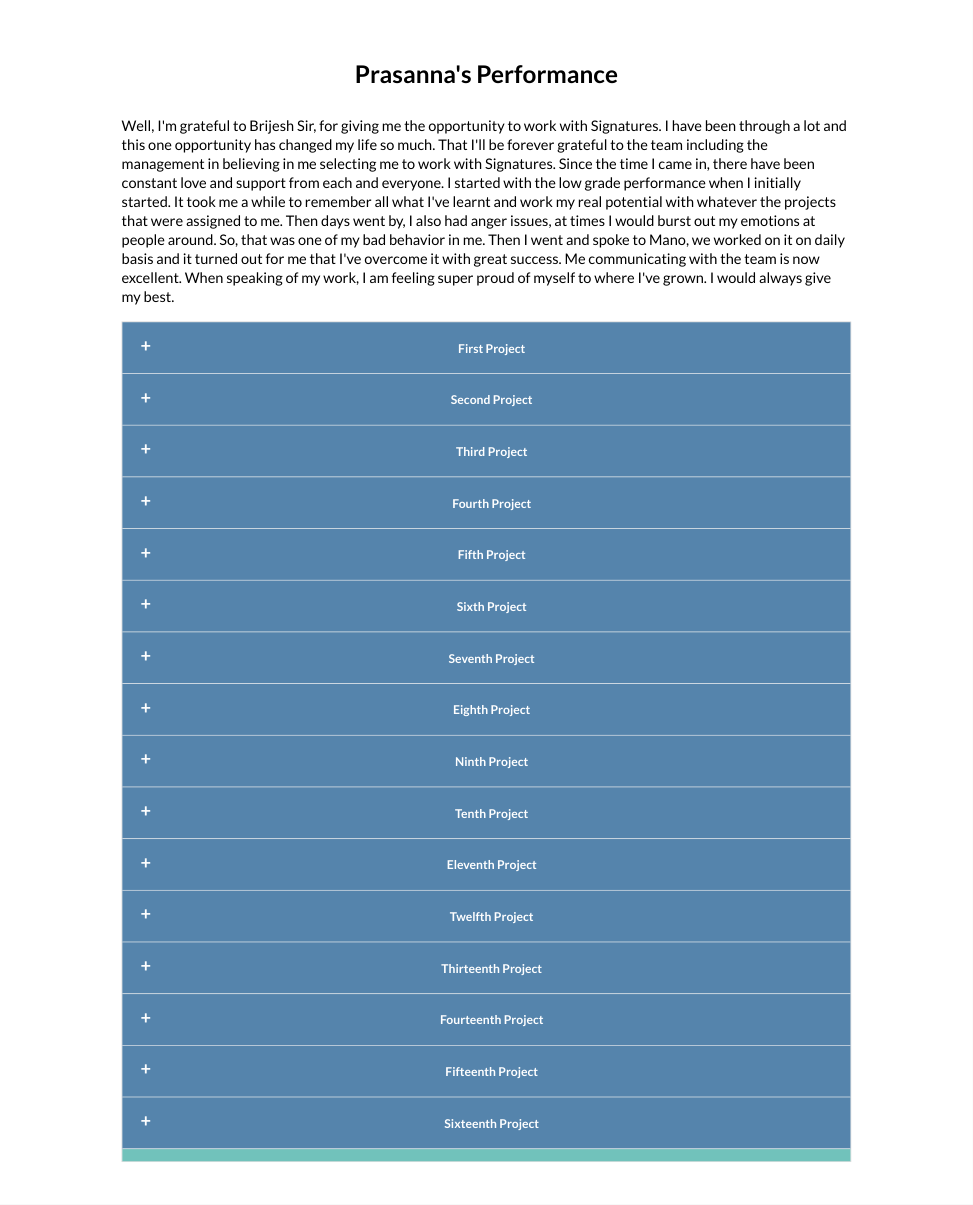
Repository: Imprasna/personalperform
Page: index.html
An editor plug-in stored every save of this project. The page is shown before and after the next save, followed by the edit.
The browser window is 1280 px wide. The pictures show the whole page, at 76% of full size.
The style sheet was rebuilt from its Sass, Less or Tailwind sources for each picture, by a compiler version that may differ from the author's.

Above is the page before, as saved 2021-12-30 23:16:32.

After the next save:
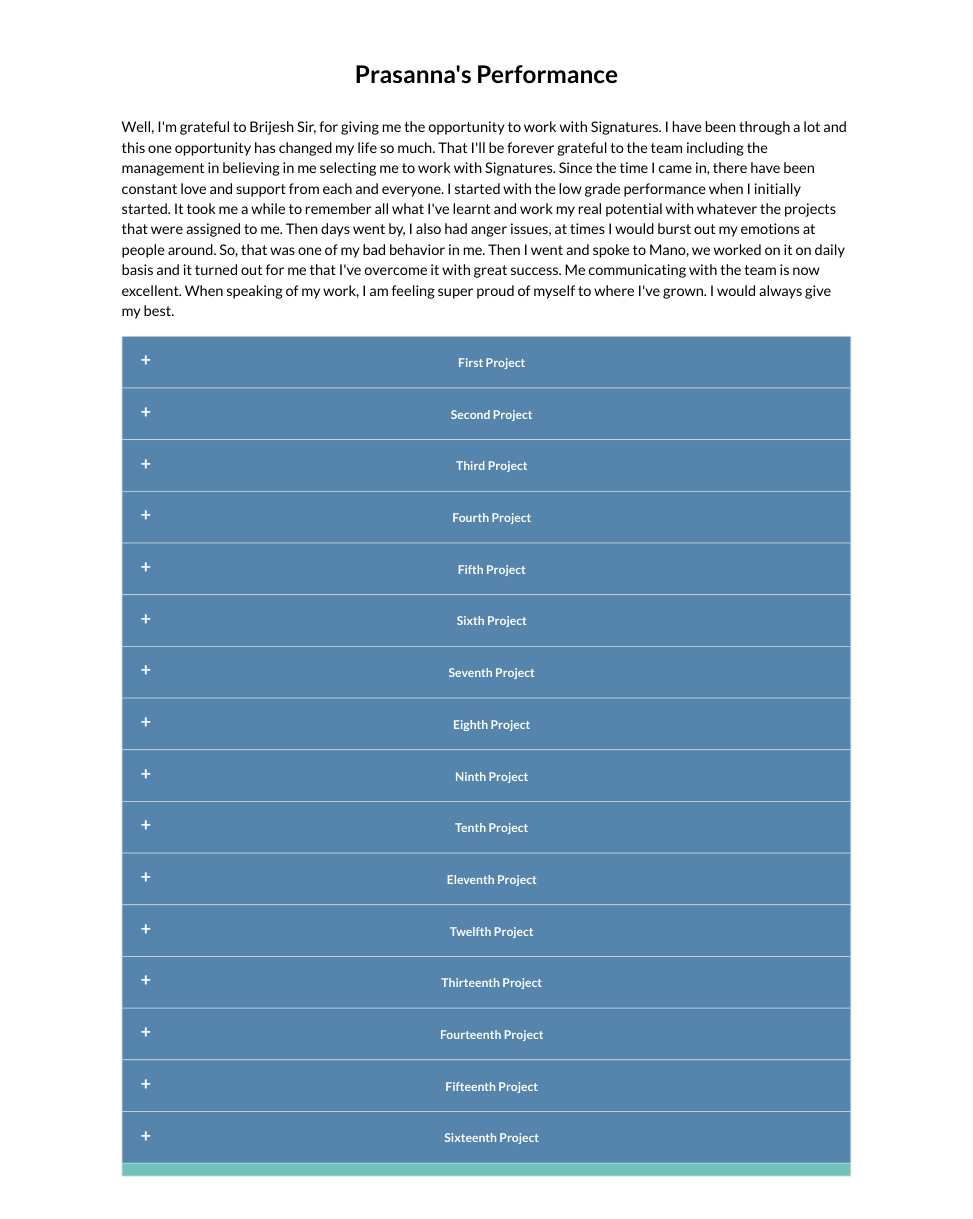
Saved 9 s later.
--- a/accordion.scss
+++ b/accordion.scss
@@ -15,7 +15,7 @@
   }
   .headingg {
       font-size: 1.2rem;
-      line-height: 1.3;
+      line-height: 1.4;
   }
   .accordion dl,
   .accordion-list {
